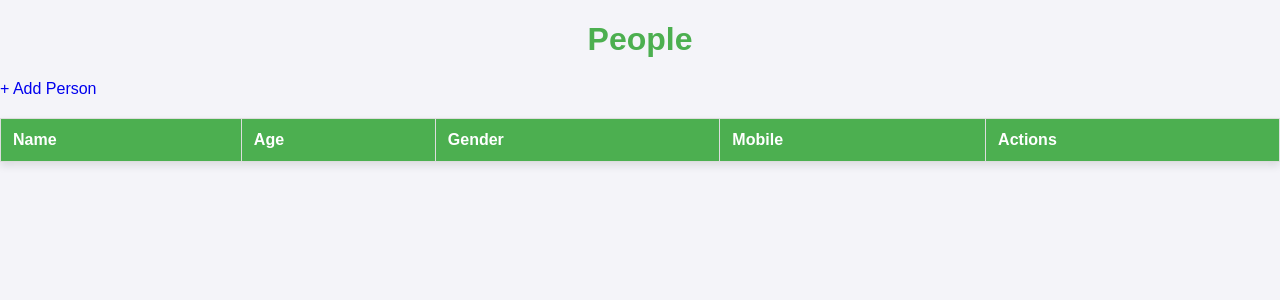
Repository: anjalikumari2207/person-api
Page: http://localhost/person
An editor plug-in stored every save of this project. The page is shown before and after the next save, followed by the edit.
The browser window is 1280 px wide. The pictures show the whole page.
The page is served by the project's Node server (index.js). Other server files are loaded and not shown. Queries for data that is not in the repository find no rows.

Above is the page before, as saved 2025-04-14 00:24:46.

### views/personList.ejs
<!DOCTYPE html>
<html>
<head>
  <title>Person List</title>
  <link rel="stylesheet" href="/css/style.css" />
</head>
<body>
  <h1>People</h1>
  <a href="/person/add">+ Add Person</a>
  <table>
    <thead><tr><th>Name</th><th>Age</th><th>Gender</th><th>Mobile</th><th>Actions</th></tr></thead>
    <tbody>
      <% people.forEach(person => { %>
        <tr>
          <td><%= person.name %></td>
          <td><%= person.age %></td>
          <td><%= person.gender %></td>
          <td><%= person.mobile %></td>
          <td>
            <a href="/person/<%= person._id %>/edit">Edit</a>
            <form method="POST" action="/person/<%= person._id %>?_method=DELETE" style="display:inline;">
              <button type="submit">Delete</button>
            </form>
          </td>
        </tr>
      <% }) %>
    </tbody>
  </table>
</body>
</html>

### index.js
const express = require('express');
const mongoose = require('mongoose');
const bodyParser = require('body-parser');
const methodOverride = require('method-override');
const personRoutes = require('./routes/personRoutes');

const app = express();

// Fix the MongoDB connection string (add the database name)
mongoose.connect("mongodb+srv://anjalikumari1153:admin123@cluster0.boq2ebj.mongodb.net/personDB", {
    serverSelectionTimeoutMS: 30000, // Increase timeout
    socketTimeoutMS: 45000 // Increase socket timeout
})
    .then(() => console.log("✅ MongoDB connected"))
    .catch((err) => console.error("❌ DB connection error:", err));

app.set('view engine', 'ejs');
app.use(express.static('public'));
app.use(bodyParser.urlencoded({ extended: true }));
app.use(methodOverride('_method'));

app.use('/person', personRoutes);
app.get('/', (req, res) => res.redirect('/person'));

app.listen(3000, () => console.log("🚀 Server on http://localhost:3000"));

### routes/personRoutes.js
const express = require('express');
const router = express.Router();
const Person = require('../models/Person');

// List all
router.get('/', async (req, res) => {
  const people = await Person.find();
  res.render('personList', { people });
});

// Add form
router.get('/add', (req, res) => {
  res.render('personForm', {
    person: {},
    action: '/person',
    method: 'POST',
    button: 'Add Person'
  });
});

// Create
router.post('/', async (req, res) => {
  await Person.create(req.body);
  res.redirect('/person');
});

// Edit form
router.get('/:id/edit', async (req, res) => {
  const person = await Person.findById(req.params.id);
  res.render('personForm', {
    person,
    action: `/person/${person._id}?_method=PUT`,
    method: 'POST',
    button: 'Update Person'
  });
});

// Update
router.put('/:id', async (req, res) => {
  await Person.findByIdAndUpdate(req.params.id, req.body);
  res.redirect('/person');
});

// Delete
router.delete('/:id', async (req, res) => {
  await Person.findByIdAndDelete(req.params.id);
  res.redirect('/person');
});

module.exports = router;

### public/css/style.css
/* public/css/style.css */

body {
    font-family: Arial, sans-serif;
    background-color: #f4f4f9;
    color: #333;
    margin: 0;
    padding: 0;
  }

  .container {
    width: 80%;
    margin: 0 auto;
    padding: 20px;
  }

  h1 {
    text-align: center;
    color: #4CAF50;
  }

  table {
    width: 100%;
    margin-top: 20px;
    border-collapse: collapse;
    box-shadow: 0px 4px 8px rgba(0, 0, 0, 0.1);
  }

  table th, table td {
    padding: 12px;
    text-align: left;
    border: 1px solid #ddd;
  }

  table th {
    background-color: #4CAF50;
    color: white;
  }

  table tr:nth-child(even) {
    background-color: #f2f2f2;
  }

  table tr:hover {
    background-color: #ddd;
  }

  button {
    padding: 10px 20px;
    margin: 10px;
    border: none;
    border-radius: 5px;
    background-color: #4CAF50;
    color: white;
    cursor: pointer;
    font-size: 16px;
  }

  button:hover {
    background-color: #45a049;
  }

  a {
    text-decoration: none;
  }

  .add-btn {
    background-color: #008CBA;
    color: white;
  }

  .add-btn:hover {
    background-color: #006c8c;
  }

After the next save:
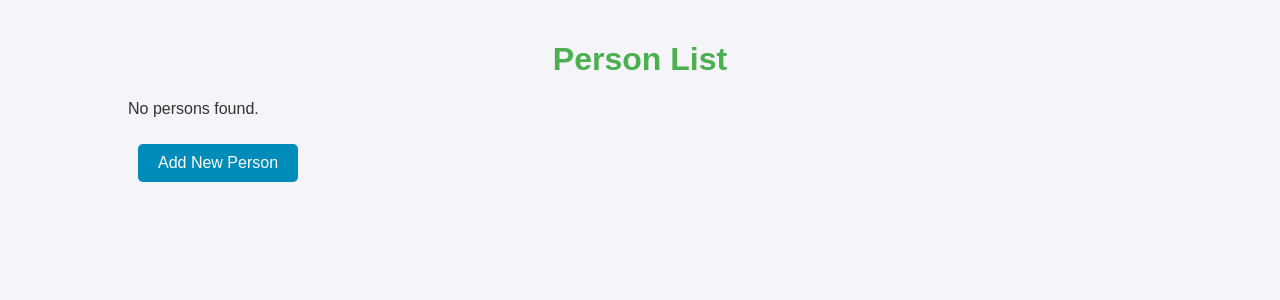
Saved 32 s later.
--- a/views/personList.ejs
+++ b/views/personList.ejs
@@ -1,30 +1,52 @@
 <!DOCTYPE html>
-<html>
+<html lang="en">
 <head>
+  <meta charset="UTF-8">
+  <meta name="viewport" content="width=device-width, initial-scale=1.0">
   <title>Person List</title>
-  <link rel="stylesheet" href="/css/style.css" />
+  <link rel="stylesheet" href="/css/style.css"> <!-- Make sure this points to the correct CSS file -->
 </head>
 <body>
-  <h1>People</h1>
-  <a href="/person/add">+ Add Person</a>
-  <table>
-    <thead><tr><th>Name</th><th>Age</th><th>Gender</th><th>Mobile</th><th>Actions</th></tr></thead>
-    <tbody>
-      <% people.forEach(person => { %>
-        <tr>
-          <td><%= person.name %></td>
-          <td><%= person.age %></td>
-          <td><%= person.gender %></td>
-          <td><%= person.mobile %></td>
-          <td>
-            <a href="/person/<%= person._id %>/edit">Edit</a>
-            <form method="POST" action="/person/<%= person._id %>?_method=DELETE" style="display:inline;">
-              <button type="submit">Delete</button>
-            </form>
-          </td>
-        </tr>
-      <% }) %>
-    </tbody>
-  </table>
+  <div class="container">
+    <h1>Person List</h1>
+
+    <% if (people && people.length > 0) { %>
+      <table>
+        <thead>
+          <tr>
+            <th>Name</th>
+            <th>Age</th>
+            <th>Gender</th>
+            <th>Mobile Number</th>
+            <th>Actions</th>
+          </tr>
+        </thead>
+        <tbody>
+          <% people.forEach(person => { %>
+            <tr>
+              <td><%= person.name %></td>
+              <td><%= person.age %></td>
+              <td><%= person.gender %></td>
+              <td><%= person.mobileNumber %></td>
+              <td>
+                <a href="/person/<%= person._id %>/edit">
+                  <button>Edit</button>
+                </a>
+                <form action="/person/<%= person._id %>?_method=DELETE" method="POST" style="display:inline;">
+                  <button type="submit" style="background-color: #f44336;">Delete</button>
+                </form>
+              </td>
+            </tr>
+          <% }) %>
+        </tbody>
+      </table>
+    <% } else { %>
+      <p>No persons found.</p>
+    <% } %>
+
+    <a href="/person/add">
+      <button class="add-btn">Add New Person</button>
+    </a>
+  </div>
 </body>
 </html>
